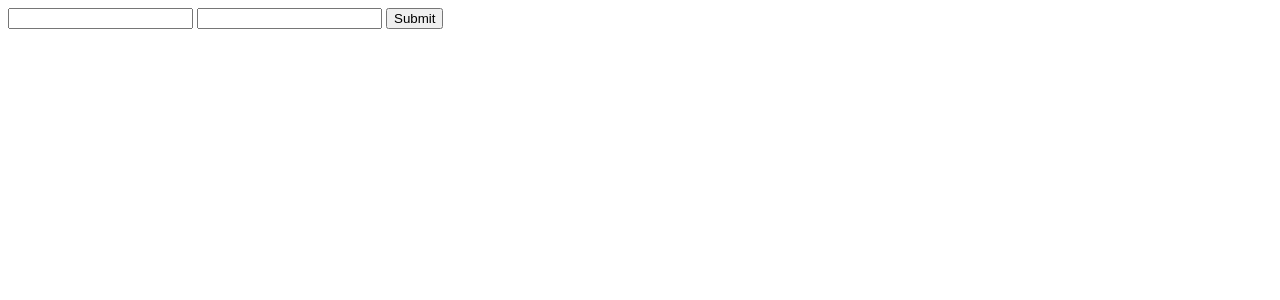
Repository: kirankumarrr/javaServlet
Page: ServletBasics/WebContent/numbers.html
An editor plug-in stored every save of this project. The page is shown before and after the next save, followed by the edit.
The browser window is 1280 px wide. The pictures show the whole page.

Above is the page before, as saved 2019-06-03 06:21:54.

After the next save:
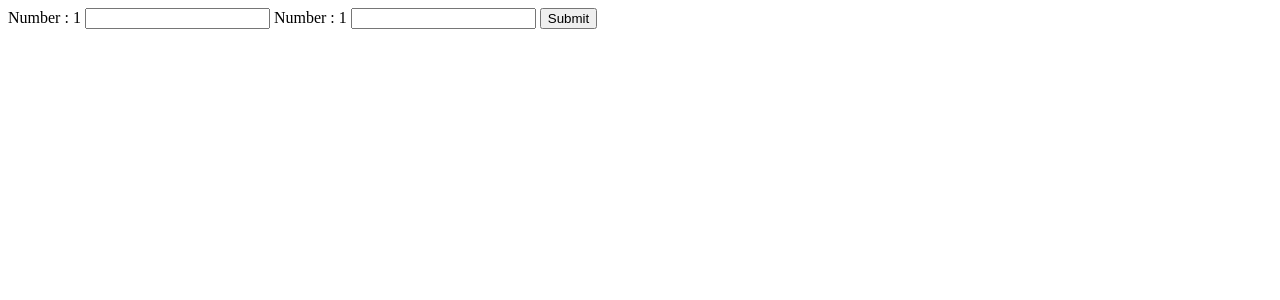
Saved 43 s later.
--- a/ServletBasics/WebContent/numbers.html
+++ b/ServletBasics/WebContent/numbers.html
@@ -6,8 +6,8 @@
 </head>
 <body>
 	<form>
-		<input type="text" name="number1"/>
-		<input type="text" name="number2"/>
+		Number : 1 <input type="text" name="number1"/>
+		Number : 1 <input type="text" name="number2"/>
 		<input type="submit" name="submit"/>
 	</form>
 </body>
